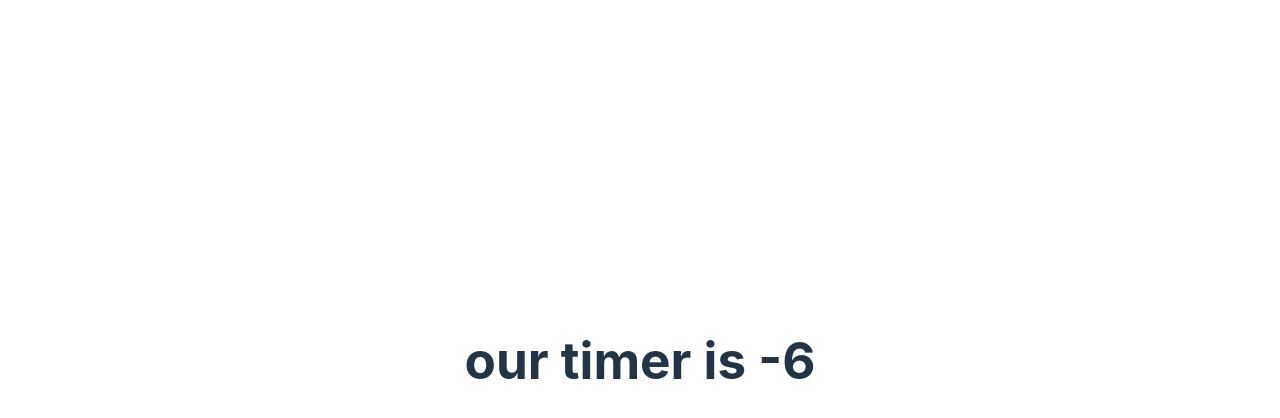
Repository: FARMAN9/inputdata-useRef-and-useEffect
Page: /
An editor plug-in stored every save of this project. The page is shown before and after the next save, followed by the edit.
The browser window is 1280 px wide. The pictures show the whole page.
The project was rebuilt for these pictures with package versions that can differ from the ones it lists, and the page was loaded fresh each time. Also part of the build but not shown: vite.config.js.

Above is the page before, as saved 2025-01-13 12:27:48.

After the next save:
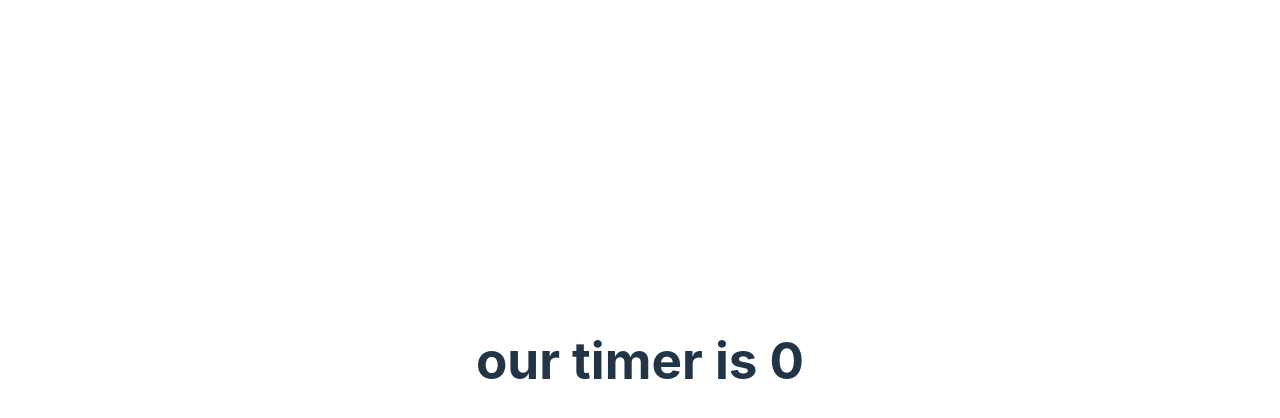
Saved 38 s later.
--- a/src/App.jsx
+++ b/src/App.jsx
@@ -7,11 +7,7 @@ function App() {
   const [count, setCount] = useState(0);
 
   useEffect(() => {
-    setTimeout(() => {
-      setCount((count) => count - 1);
-      setCount((count) => count + 1);
-      setCount((count) => count - 1);
-    }, 1000);
+    setTimeout(() => {}, 1000);
     console.log("DOM UPDATE");
   });
 
